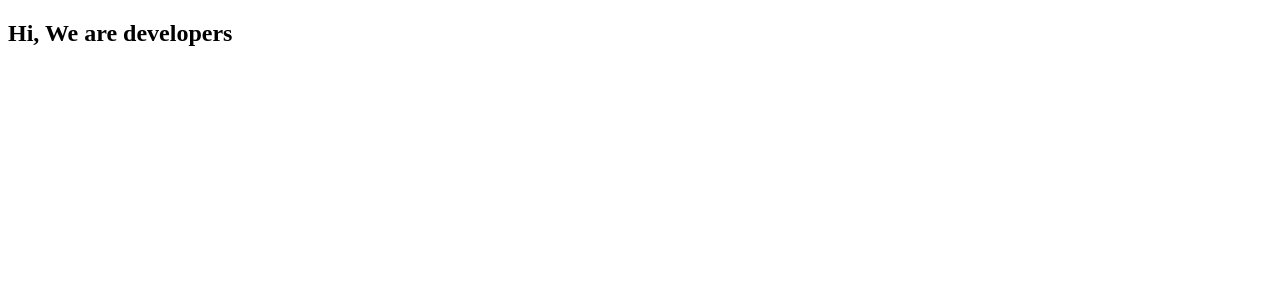
Repository: justicebhekani88/microverse_portfolio_project
Page: index.html
An editor plug-in stored every save of this project. The page is shown before and after the next save, followed by the edit.
The browser window is 1280 px wide. The pictures show the whole page.

Above is the page before, as saved 2022-07-21 14:15:38.

After the next save:
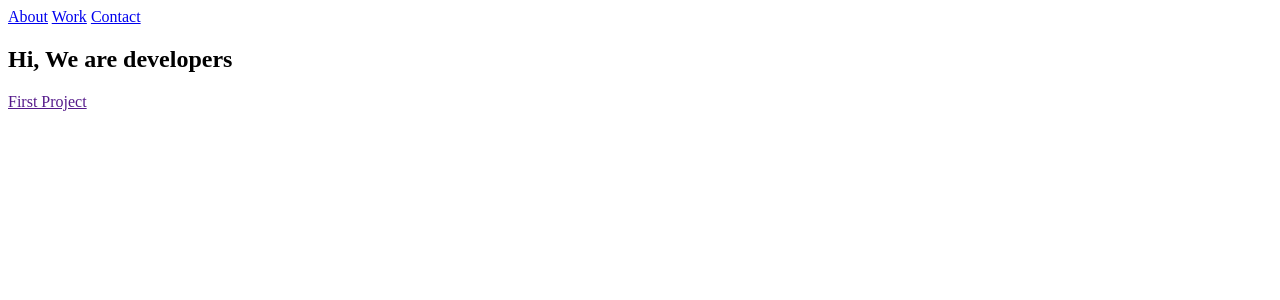
Saved 6 min 8 s later.
--- a/index.html
+++ b/index.html
@@ -9,11 +9,19 @@
 </head>
 
 <body>
+    <nav id="navbar">
+        <a href="#about">About</a>
+        <a href="#projects">Work</a>
+        <a href="#contact">Contact</a>
+    </nav>
     <section id="welcome-section">
         <h1>Hi, We are developers</h1>
     </section>
     <section id="projects">
         <div class="project-tile"></div>
+        <a href="">
+            First Project
+        </a>
     </section>
 </body>
 
